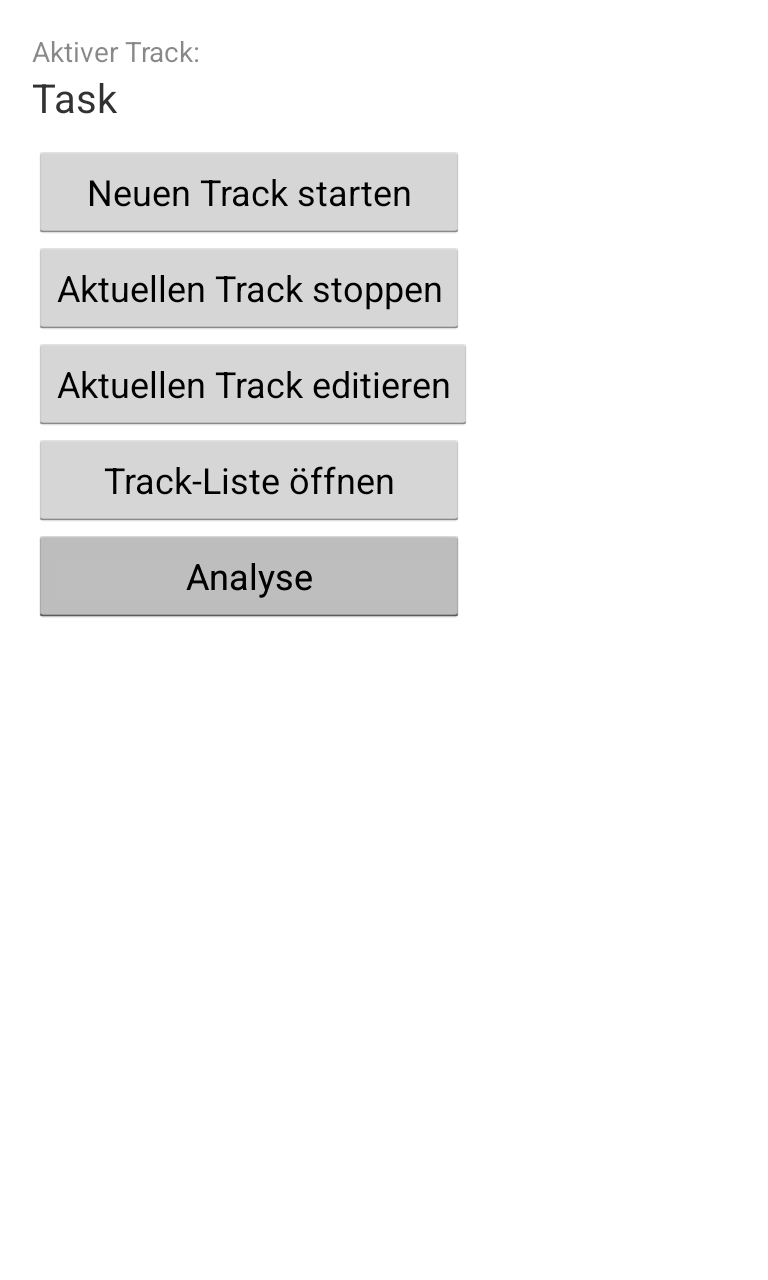
Repository: floriandrs/ttracker
Layout: TTracker/res/layout/activity_main.xml
These files come from the project's save history. The layout is drawn as it stood at one moment and after the next save; the edit follows.
It is drawn on a 768 x 1280 px phone screen (xhdpi) without system bars, with theme AppTheme; the app's code is not run.

Above is the layout before, as saved 2015-02-23 17:16:18.

After the next save:
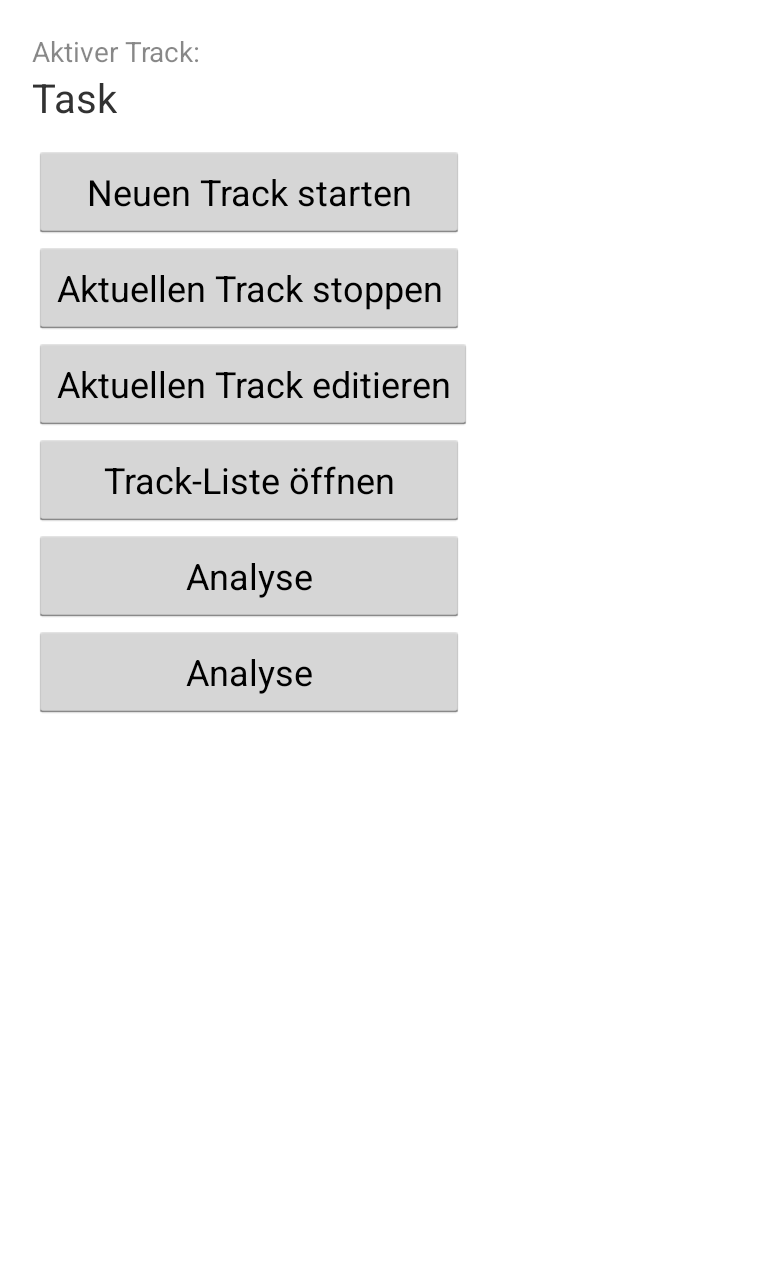
Saved 12 s later.
--- a/TTracker/res/layout/activity_main.xml
+++ b/TTracker/res/layout/activity_main.xml
@@ -78,7 +78,7 @@
         android:layout_height="wrap_content"
         android:layout_alignLeft="@+id/current_track_value"
         android:layout_alignRight="@+id/main_open_view_all"
-        android:layout_below="@+id/main_open_view_all"
+        android:layout_below="@+id/open_activity_stats"
         android:onClick="onOpenActivityStats"
         android:text="@string/open_activity_stats" />
 
